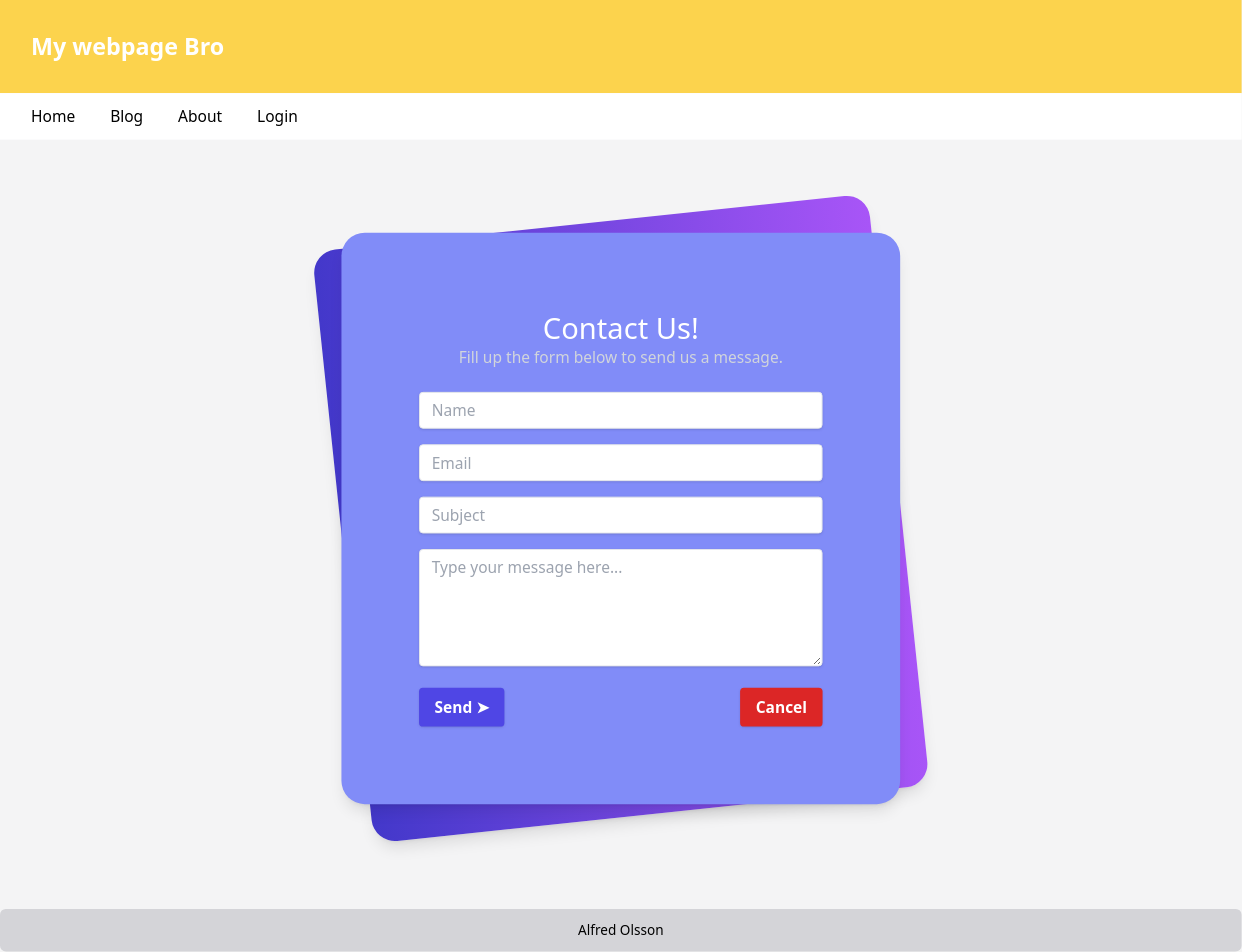
Repository: AlligatorAffe/NextWebsite
Page: /blogpostCreation
These files come from the project's save history. The page is drawn as it stood at one moment and after the next save; the edit follows.
The browser window is 1280 px wide. The pictures show the whole page, at 97% of full size.
The project was rebuilt for these pictures with package versions that can differ from the ones it lists, and the page was loaded fresh each time. The framework's server and built-in components were replaced by stand-ins that run in the browser. Also part of the build but not shown: next.config.js.

Above is the page before, as saved 2024-01-05 15:18:43.

After the next save:
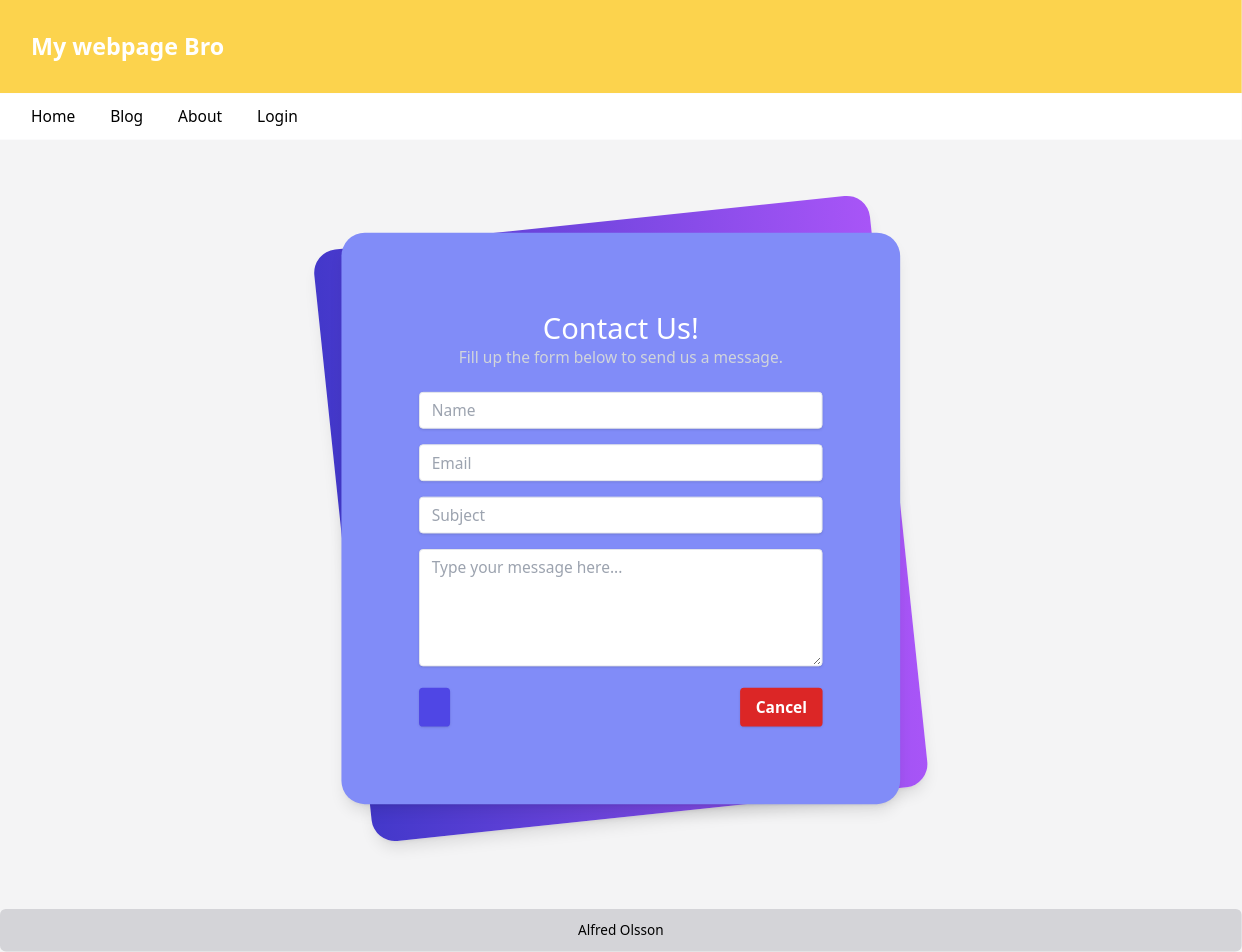
Saved 92 s later.
--- a/app/blogpostCreation/page.tsx
+++ b/app/blogpostCreation/page.tsx
@@ -100,11 +100,12 @@ export default function Page(){
   ></textarea>
 
   <div className="flex justify-between">
-    <input
+    <button
       className="shadow bg-indigo-600 hover:bg-indigo-700 text-white font-bold py-2 px-4 rounded focus:outline-none focus:shadow-outline"
       type="submit"
       value="Send ➤"
-    />
+    >
+      </button>
     <Link href ="/blogpost"  className="shadow bg-red-600 hover:bg-red-700 text-white font-bold py-2 px-4 rounded focus:outline-none focus:shadow-outline">
       Cancel
     </Link>
